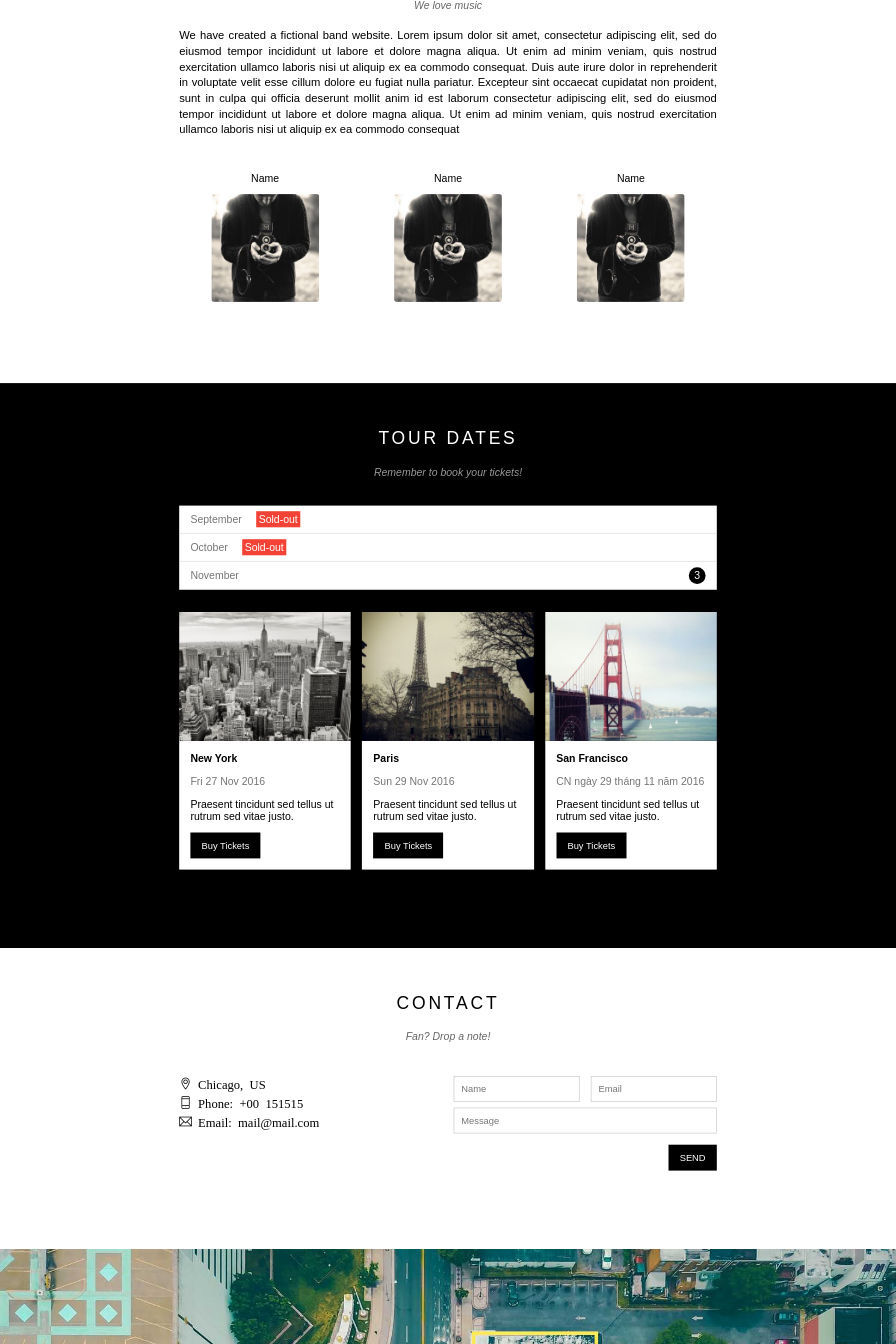
Repository: BillLee2000/w3-band
Page: index.html
The author's editor kept a copy of each file at every save. The page is drawn from the files as they stood at one save, then again after the next save.
The browser window is 1280 px wide. The pictures show the part of the page from y = 805 to 2725 px (the page is 3503 px tall before and 3519 px after), at 70% of full size.

Above is the page before, as saved 2021-12-17 06:18:09.

### index.html
<!DOCTYPE html>
<html lang="en">

<head>
    <meta charset="UTF-8">
    <meta http-equiv="X-UA-Compatible" content="IE=edge">
    <meta name="viewport" content="width=device-width, initial-scale=1.0">
    <link rel="icon" href="./assets/favicon/download.jpg" type="image/x-icon" />
    <link rel="stylesheet" href="./assets/css/styles.css">
    <link rel="stylesheet" href="./assets/css/responsive.css">
    <link rel="stylesheet" href="./assets/fonts/themify-icons/themify-icons.css">
    <title>The band</title>
</head>

<body>
    <div id="main">
        <div id="header">
            <ul id="nav">
                <!-- ul#nav>li*5>a -->
                <li><a href="#">Home</a></li>
                <li><a href="#band">Band</a></li>
                <li><a href="#tour">Tour</a></li>
                <li><a href="#contact">Contact</a></li>
                <li>
                    <a href="#">
                        More
                        <i class="down ti-angle-down"></i>
                    </a>
                    <ul class="subnav">
                        <li><a href="#">Merchandise</a></li>
                        <li><a href="#">Extras</a></li>
                        <li><a href="#">Media</a></li>
                    </ul>
                </li>
            </ul>
            <div id="mobile-menu" class="mobile-menu-btn">
                <i class="menu-icon ti-menu"></i>
            </div>
            <div class="search-btn">
                <i class="search-icon ti-search"></i>
            </div>
        </div>
        <div id="slide">
            <div class="text-content">
                <h2 class="text-heading">
                    Chicago
                </h2>
                <div class="text-decsription">
                    Thank you, Chicago - A night we won't forget.
                </div>
            </div>
        </div>
        <div id="content">
            <div id="band" class="content-section">
                <h2 class="section-heading">
                    THE BAND
                </h2>
                <p class="section-sub-heading">
                    We love music
                </p>
                <p class="about-text">
                    We have created a fictional band website. Lorem ipsum dolor sit amet, consectetur adipiscing elit,
                    sed do eiusmod tempor incididunt ut labore et dolore magna aliqua. Ut enim ad minim veniam, quis
                    nostrud exercitation ullamco laboris nisi ut aliquip ex ea commodo consequat. Duis aute irure dolor
                    in reprehenderit in voluptate velit esse cillum dolore eu fugiat nulla pariatur. Excepteur sint
                    occaecat cupidatat non proident, sunt in culpa qui officia deserunt mollit anim id est laborum
                    consectetur adipiscing elit, sed do eiusmod tempor incididunt ut labore et dolore magna aliqua. Ut
                    enim ad minim veniam, quis nostrud exercitation ullamco laboris nisi ut aliquip ex ea commodo
                    consequat
                </p>
                <div class="row nembers-list">
                    <div class="col col-third s-col-full mt-16 text-center">
                        <p class="member-name">
                            Name
                        </p>
                        <img src="./assets/img/band/member1.jpg" alt="Name" class="member-img">
                    </div>
                    <div class="col col-third s-col-full mt-16 text-center">
                        <p class="member-name">
                            Name
                        </p>
                        <img src="./assets/img/band/member1.jpg" alt="Name" class="member-img">
                    </div>
                    <div class="col col-third s-col-full mt-16 text-center">
                        <p class="member-name">
                            Name
                        </p>
                        <img src="./assets/img/band/member1.jpg" alt="Name" class="member-img">
                    </div>
                    <div class="clear"></div>
                </div>
            </div>
            <div id="tour" class="tour-section">
                <div class="content-section">
                    <h2 class="section-heading text-white">
                        TOUR DATES
                    </h2>
                    <p class="section-sub-heading text-white">
                        Remember to book your tickets!
                    </p>
                    <ul class="stickets-list">
                        <li>September <span class="sold-out">Sold-out</span></li>
                        <li>October <span class="sold-out">Sold-out</span></li>
                        <li>November <span class="quantity">3</span></li>
                    </ul>
                    <div class="row places-list">
                        <div class="col col-third s-col-full mt-16">
                            <img src="./assets/img/places/place1.jpg" alt="New York" class="place-img">
                            <div class="place-content">
                                <h3 class="place-heading">
                                    New York
                                </h3>
                                <p class="place-time">
                                    Fri 27 Nov 2016
                                </p>
                                <p class="place-description">
                                    Praesent tincidunt sed tellus ut rutrum sed vitae justo.
                                </p>
                                <button class="btn js-buy-ticket">Buy Tickets</button>
                            </div>
                        </div>
                        <div class="col col-third s-col-full mt-16">
                            <img src="./assets/img/places/place2.jpg" alt="New York" class="place-img">
                            <div class="place-content">
                                <h3 class="place-heading">
                                    Paris
                                </h3>
                                <p class="place-time">
                                    Sun 29 Nov 2016
                                </p>
                                <p class="place-description">
                                    Praesent tincidunt sed tellus ut rutrum sed vitae justo.
                                </p>
                                <button class="btn js-buy-ticket">Buy Tickets</button>
                            </div>
                        </div>
                        <div class="col col-third s-col-full mt-16">
                            <img src="./assets/img/places/place3.jpg" alt="New York" class="place-img">
                            <div class="place-content">
                                <h3 class="place-heading">
                                    San Francisco
                                </h3>
                                <p class="place-time">
                                    CN ngày 29 tháng 11 năm 2016
                                </p>
                                <p class="place-description">
                                    Praesent tincidunt sed tellus ut rutrum sed vitae justo.
                                </p>
                                <button class="btn js-buy-ticket">Buy Tickets</button>
                            </div>
                        </div>
                        <div class="clear"></div>
                    </div>
                </div>
            </div>
            <div id="contact" class="content-section">
                <h2 class="section-heading">
                    CONTACT
                </h2>
                <p class="section-sub-heading">
                    Fan? Drop a note!
                </p>
                <div class="row contact-content">
                    <div class="col col-half contact-info">
                        <p><i class="ti-location-pin"> Chicago, US</i></p>
                        <p><i class="ti-mobile"> Phone: +00 151515</i></p>
                        <p><i class="ti-email"> Email: mail@mail.com</i></p>
                    </div>
                    <div class="col col-half contact-form">
                        <form action="">
                            <div class="row">
                                <div class="col col-half">
                                    <input placeholder="Name" type="text" name="" required id="" class="form-control">
                                </div>
                                <div class="col col-half">
                                    <input placeholder="Email" type="email" name="" required id="" class="form-control">
                                </div>

                            </div>
                            <div class="row mt-8">
                                <div class="col col-full">
                                    <input placeholder="Message" type="text" name="" required id=""
                                        class="form-control">
                                </div>
                            </div>
                            <input class="btn mt-16 pull-right" type="submit" value="SEND">
                        </form>
                    </div>
                </div>
            </div>
            <div class="map-section">
                <img src="./assets/img/map.jpg" alt="map">
            </div>

        </div>
        <div id="footer">
            <div class="social-list">
                <a href=""><i class="ti-facebook"></i></a>
                <a href=""><i class="ti-instagram"></i></a>
                <a href=""><i class="ti-youtube"></i></a>
                <a href=""><i class="ti-pinterest"></i></a>
                <a href=""><i class="ti-twitter"></i></a>
                <a href=""><i class="ti-linkedin"></i></a>
            </div>
            <p class="copyright">Powered by <a href="">w3.css</a></p>
        </div>
        <div class="modal js-modal">
            <div class="modal-container js-modal-container">
                <div class="modal-close js-modal-close">
                    <i class="ti-close"></i>
                </div>
                <header class="modal-header">
                    <i class="modal-heading-icon ti-bag"></i>
                    Tickets
                </header>
                <div class="modal-body">
                    <label for="tickets-quantity" class="modal-tickets">
                        <i class="ti-shopping-cart"></i>
                        Tickets, $15 per person
                    </label>
                    <input type="text" id="tickets-quantity" class="modal-input" placeholder="How many?">
                    <label for="tickets-email" class="modal-tickets">
                        <i class="ti-user"></i>
                        Send to
                    </label>
                    <input id="tickets-email" type="email" class="modal-input" placeholder="Enter email...">
                    <button id="buy-tickets">
                        Pay <i class="ti-check"></i>
                    </button>
                </div>
                <footer class="modal-footer">
                    <p class="modal-help">Need <a href="" class="">help?</a></p>
                </footer>
            </div>
        </div>
    </div>
    <script>
        const buyBtns = document.querySelectorAll('.js-buy-ticket') /* Lấy 3 giá trị của nut buy tickets đẩy vào buyBtns */
        const modal = document.querySelector('.js-modal') /* thêm class modal vào hằng */
        const modalClose = document.querySelector('.js-modal-close')
        const modalConainer = document.querySelector('.js-modal-container')
        function showBuyTicket() {
            /*  alert("Show") */ /* bật lên hộp thoại */
            modal.classList.add('open') /* add thêm class open vào sau modal bật của sổ hiển thị lên */
        }
        function hideBuyTicket() {
            /*  alert("Show") */ /* bật lên hộp thoại */
            modal.classList.remove('open') /* remove class open vào sau modal close để đóng cửa sổ hiển thị */
        }
        for (const buyBtn of buyBtns) {/* Vòng lặp cho từng nút(button) chạy 3 lần */
            buyBtn.addEventListener('click', showBuyTicket)/* Khi click vào ô buyTickKets sẽ chuyển đến hàm show.. */
        }
        modalClose.addEventListener('click', hideBuyTicket)
        modal.addEventListener('click', hideBuyTicket)
        modalConainer.addEventListener('click', function (event) {
            event.stopPropagation() //ngừng event nổi bọt lại
        })
    </script>
    <script>
        var header = document.getElementById('header');
        var mobileMenu = document.getElementById('mobile-menu');
        /* console.log(mobileMenu) */
        var headerHeight = header.clientHeight;
        // Dong mo mobile menu
        mobileMenu.onclick = function (){
            /* alert('Thong Bao'); */
            var isClosed = header.clientHeight === headerHeight;
            if (isClosed) {
                header.style.height = 'auto';
            }else{
                header.style.height = null;
            }
        }
        //tu dong dong khi chon menu
        var menuItems = document.querySelectorAll('#nav li a[href*="#"]');
        /* console.log(menuItems); */
        for (var i = 0;i<menuItems.length;i++){
            var menuItem = menuItems[i];
            menuItem.onclick = function(event){
                var isParentMenu = this.nextElementSibling && this.nextElementSibling.classList.contains('subnav');
                if(isParentMenu){
                    event.preventDefault();
                }else{
                    header.style.height = null;
                }
            }
        }
    </script>
</body>

</html>

### assets/css/styles.css
/* reset css */

* {
    padding: 0;
    margin: 0;
    box-sizing: border-box;
}

html {
    scroll-behavior: smooth; /* //hành động cuộn */
    font-family: Arial, Helvetica, sans-serif;
    /* font chu in dam */
}

#main {}

.text-white{
    color: #fff !important;
}
.row{
    margin-left: -8px;
    margin-right: -8px;
}
.row::after {
    content: "";
    display: block;
    clear: both;
}
.mt-8{
    margin-top: 8px !important;
}
.mt-16{
    margin-top: 16px !important;
}
.mt-32{
    margin-top: 32px;
}
.col {
    float: left;
    padding-left: 8px;
    padding-right: 8px;
}
.col-half{
    width: 50%;
}
.col-third{
    width: 33.33333%;
}
.col-full {
    width: 100%;
}
.text-center {
    text-align: center !important;
}

#header {
    height: 46px;
    background-color: black;
    position: fixed;
    top: 0;
    left: 0;
    right: 0;
    z-index: 1;
}
#header .mobile-menu-btn {
    position: absolute;
    top: 0;
    right: 0;
    display: none;
}
#header .mobile-menu-btn,
#header .search-btn {
    float: right;
    padding: 0 21px;
}
#header .mobile-menu-btn:hover {
    background-color: #ccc;
}
#header .mobile-menu-btn:hover .menu-icon {
    color: #000;
}
#header .search-btn:hover {
    background-color: #f44336;
    cursor: pointer;
}
#header .menu-icon,
#header .search-icon {
    color: #fff;
    line-height: 46px;
}

#nav {
    display: inline-block;
}

#nav>li {
    display: inline-block;
}

#nav li {
    position: relative;
}

#nav .down {
    font-size: 14px;
}

#nav>li>a {
    color: #fff;
    text-transform: uppercase;
}

#nav li a {
    text-decoration: none;
    line-height: 46px;
    padding: 0 24px;
    display: block;
}

#nav .subnav li:hover a,
#nav>li:hover>a {
    color: #000;
    background-color: #ccc;
}

#nav li:hover .subnav {
    display: block;
}

#nav,
.subnav {
    list-style-type: none;
    /* bor dau cham dau dong */
}

#nav .subnav {
    display: none;
    min-width: 160px;
    top: 100%;
    left: 0;
    position: absolute;
    background-color: #fff;
    box-shadow: 0 0 10px rgba(0, 0, 0, 0.3);
}

#nav .subnav a {
    color: #000;
    padding: 0 12px;
    line-height: 38px;
}

#slide {
    margin-top: 46px;
    padding-top: 50%;
    background: url("/assets/img/slider/slider1.jpg") top center / cover no-repeat;
    position: relative;
}

#slide .text-content {
    color: #fff;
    position: absolute;
    left: 50%;
    bottom: 47px;
    transform: translate(-50%);
    /* Cách 1 */
    /* Width: 100%; */
    /* cach 2 */
    /* Cách 3: left: 0; right: 0; */
    text-align: center;
}

#slide .text-heading {
    font-size: 24px;
    font-weight: 500;
}

#slide .text-decsription {
    font-size: 15px;
    margin-top: 25px;
}
.pull-right {
    float: right !important;
}
.btn{
    color: #fff;
    background-color: #000;
    text-decoration: none;
    padding: 11px 16px;
    display: inline-block;
    margin-top: 15px;
    border: none;
}
.btn:hover {
    cursor: pointer;
    color: #000;
    background-color: #ccc;
}

#content {}

#content .content-section{
    width: 800px;
    max-width: 100%;
    padding: 64px 0 112px;
    margin-left: auto;
    margin-right: auto;
    padding-left: 16px;
    padding-right: 16px;
}
#content .section-heading{
    font-weight: 500;
    text-align: center;/* Can giua */
    font-size: 25px;
    letter-spacing: 4px;/* Khoảng cách các chữ cái */
}
#content .section-sub-heading{
    text-align: center;
    margin-top: 25px;
    font-size: 15px;
    font-style: italic;
    opacity: 0.6;/* Giam 40% đô đậm của chữ */
}
#content .about-text {
    margin-top: 25px;
    text-align: justify;
    line-height: 1.4;
}
#content .nembers-list{
    margin-top: 32px;
}
/* #content .member-item { */
    /* float: left; */
    /* width: calc(100% / 3); */
   /*  width: 33.333333%; */
    /* text-align: center; */
/* } */
#content .member-name{
    font-size: 15px;
}
#content .member-img{
    margin-top: 15px;
    width: 154px;
    border-radius: 4px;
    overflow: hidden;/* Xóa font float:left; */
}
#content .clear{
    clear: both;
}
#content .tour-section{
    background-color: #000;

}
.stickets-list{
    background-color: #fff;
    margin-top: 40px;
    list-style: none;
}
.stickets-list li{
    font-size: 15px;
    padding: 11px 16px;
    border-bottom:  1px solid #ddd;
    color: #757575;
}
.stickets-list .sold-out {
    background-color: #f44336;
    padding: 3px 4px;
    color: #fff;
    margin-left: 16px;
}
.stickets-list .quantity{
    float: right;
    width: 24px;
    height: 24px;
    color: #fff;
    text-align: center;
    line-height: 24px;
    background-color: #000;
    border-radius: 50%;
    margin-top: -3px;
}

.tour-section .places-list{
    margin-top: 16px;
}

.tour-section .place-img{
    width: 100%;
    display: block;
}
.tour-section .place-img:hover{
    opacity: 0.6;
}
.tour-section .place-content{
    background-color: #fff;
    padding: 16px;
    font-size: 15px;
}
.tour-section .place-heading{
    font-weight: 600;
    font-size: 15px;
}
.tour-section .place-time{
    margin-top: 16px;
    color: #757575;
}
.tour-section .place-description{
    margin-top: 16px;
}
.contact-content{
    margin-top: 48px;
}
.contact-form {
    font-size: 15px;
}
.contact-content .contact-info{
    font-size: 18px;
    line-height: 1.5;
}
.contact-form .form-control {
    padding: 10px;
    border: 1px solid #ccc;
    width: 100%;
    outline: none;
}
.contact-info i[class*="ti-"] {
    width: 30px;
}

#footer {}

.modal {
    position: fixed;
    top: 0;
    left: 0;
    right: 0;
    bottom: 0;
    background: rgba(0, 0, 0, 0.4);
    display: none;
    align-items: center;
    justify-content: center;

}

.modal.open {
    display: flex;
}

.modal-container{
    width: 900px;
    min-height: 200px;
    background-color: #fff;
    position: relative;
    max-width: calc(100% - 32px);
    animation: modalFadeIn ease 0.5s;
}
.modal .modal-close{
    position: absolute;
    right: 0;
    top: 0;
    color: #fff;
    padding: 12px;
    cursor: pointer;
    opacity: 0.8;
}
.modal-close:hover{
    opacity: 1;
    background-color: #ccc;
}
.modal .modal-header{
    background-color: #009688;
    height: 130px;
    display: flex;
    align-items: center;
    justify-content: center;
    font-size: 30px;
    color: #fff;
}
.modal-body{
    padding: 16px;
}
.modal-tickets{
    display: block;
    font-size: 15px;
    margin-bottom: 15px;
}
.modal-input{
    border: 1px solid #ccc;
    width: 100%;
    padding: 10px;
    font-size: 15px;
    margin-bottom: 24px;
}
.modal-heading-icon{
    margin-right: 16px;
}
#buy-tickets{
    color: #fff;
    background: #009688;
    border: none;
    width: 100%;
    font-size: 15px;
    text-transform: uppercase;
    padding: 18px;
}
#buy-tickets:hover {
    cursor: pointer;
    opacity: 0.9;
}
.map-section img {
    width: 100%;
}
#footer {
    padding: 64px 16px;
    text-align: center;
}
#footer .social-list {
    font-size: 24px;
}
#footer .social-list a {
    color: rgba(0 ,0 ,0 ,0.6);
    text-decoration: none;
}
#footer .copyright a:hover,
#footer .social-list a:hover {
    color: rgba(0 ,0 ,0 ,0.4);
}
#footer .copyright {
    margin-top: 15px;
    color: rgba(0 ,0 ,0 ,0.6);
}
.modal-footer {
    padding: 16px;
    text-align: right;
}
.modal-footer a {
    color: #2196F3;
}
@keyframes modalFadeIn{
    from {
        opacity: 0;
        transform: translateY(-140px);
    }
    to{
        opacity: 1;
        transform: translateY(0);
    }
}
/* PC */
@media(min-width: 1024px){

}
/* Tablet */
@media (min-width: 740px) and (max-width:1023px){

}
@media(max-width: 740px){

}

### assets/css/responsive.css
/* PC */
@media(min-width: 1024px){

}
/* Tablet */
@media (min-width: 740px) and (max-width:1023px){

}
/* Mobile */
@media(max-width: 740px){
    .s-col-full {
        width: 100%;
    }
    #nav {
        display: block;
    }
    #nav>li {
        display: block;
    }
    #nav li a {
        padding: 1px 24px;
    }
    #nav > li:first-child {
        display: inline-block;
    }
    #nav .subnav {
        position: initial;
        background-color: #333;
    }

    #content .member-img {
        width: 60%;
    }
    #content .about-text {

    }
    #nav .subnav a {
        color: #fff;
        padding: 5px 41px;
    }
    #header {
        overflow: hidden;
    }
    #header .mobile-menu-btn {
        display: block;
    }
    #header .search-btn {
        display: none;
    }

}

Loaded but not shown: assets/fonts/themify-icons/themify-icons.css (common file)

After the next save:
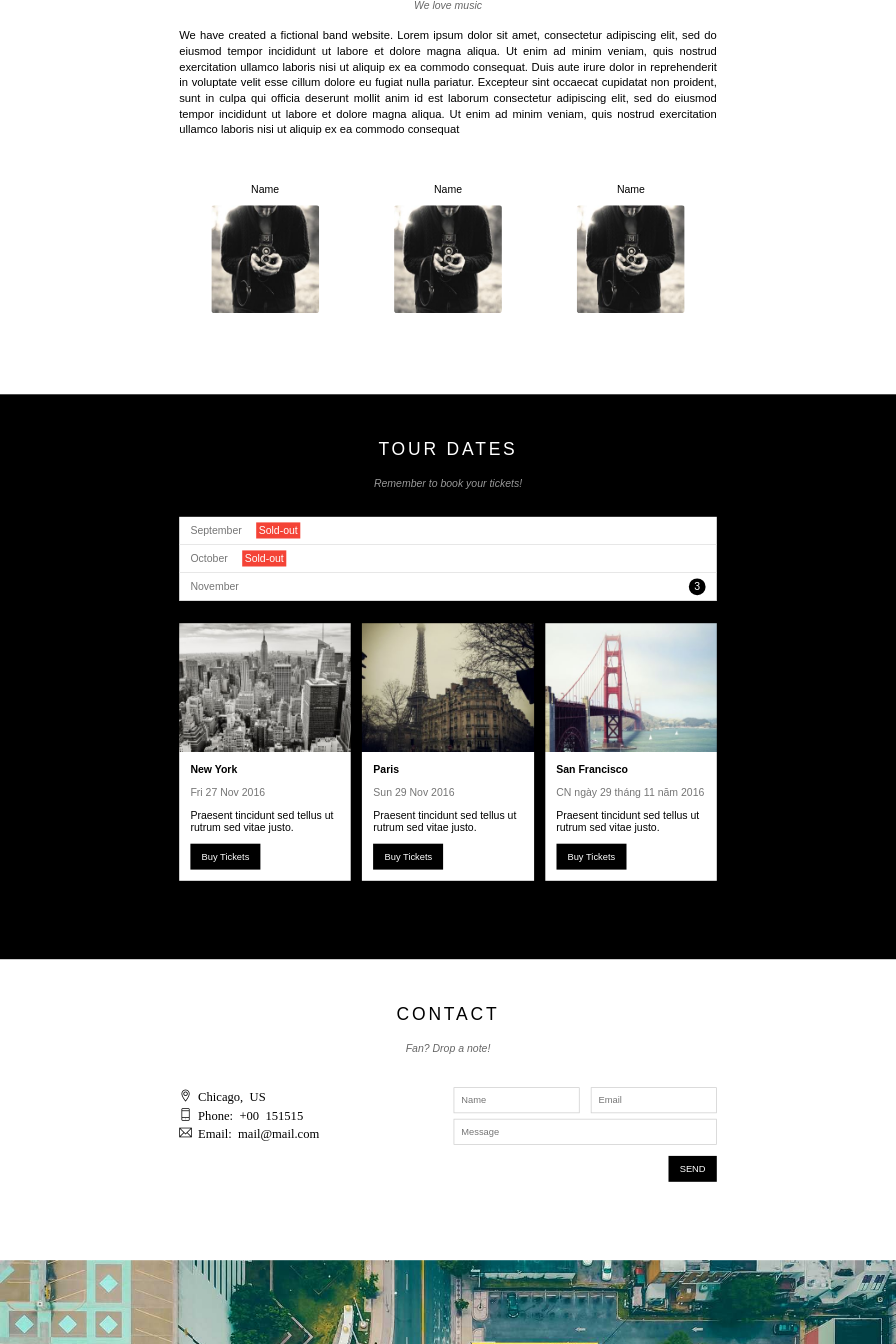
Saved 5 s later.
--- a/index.html
+++ b/index.html
@@ -69,19 +69,19 @@
                     consequat
                 </p>
                 <div class="row nembers-list">
-                    <div class="col col-third s-col-full mt-16 text-center">
+                    <div class="col col-third s-col-full mt-32 text-center">
                         <p class="member-name">
                             Name
                         </p>
                         <img src="./assets/img/band/member1.jpg" alt="Name" class="member-img">
                     </div>
-                    <div class="col col-third s-col-full mt-16 text-center">
+                    <div class="col col-third s-col-full mt-32 text-center">
                         <p class="member-name">
                             Name
                         </p>
                         <img src="./assets/img/band/member1.jpg" alt="Name" class="member-img">
                     </div>
-                    <div class="col col-third s-col-full mt-16 text-center">
+                    <div class="col col-third s-col-full mt-32 text-center">
                         <p class="member-name">
                             Name
                         </p>
